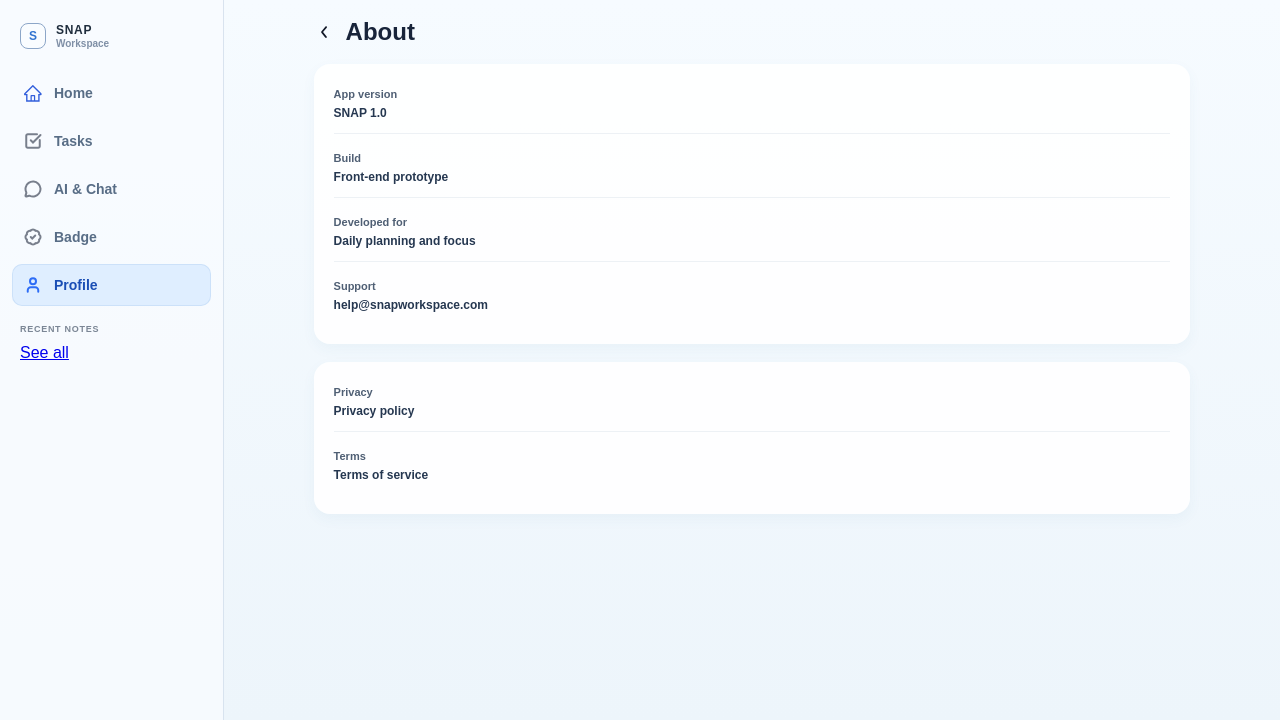
Repository: Lee-Productions-Inc/SNAP_productions
Page: pages/dashboard/profile/settings/about.html
These files come from the project's save history. The page is drawn as it stood at one moment and after the next save; the edit follows.
The browser window is 1280 px wide. The pictures show the whole page.

Above is the page before, as saved 2026-09-25 13:49:21.

### pages/dashboard/profile/settings/about.html
<!DOCTYPE html>
<html lang="en">
    <head>
        <meta charset="UTF-8">
        <meta name="viewport" content="width=device-width, initial-scale=1.0">
        <title>About | SNAP</title>
        <link rel="stylesheet" href="../../../../designs/dashboard.css">
        <link rel="stylesheet" href="../../../../designs/settings/about.css">
    </head>
    <body>
        <div class="dashboard-shell profile-page">
            <aside class="sidebar" aria-label="Main navigation">
                <a class="brand" href="../../dashboard.html" aria-label="SNAP home">
                    <span class="brand-mark">S</span>
                    <span>
                        <strong>SNAP</strong>
                        <small>Workspace</small>
                    </span>
                </a>
                <nav class="primary-nav">
                    <a class="nav-item" href="../../dashboard.html">
                        <img class="nav-icon" src="../../../../assets/main icons/Vector.svg" alt="">Home
                    </a>
                    <a class="nav-item" href="../../tasks.html">
                        <img class="nav-icon" src="../../../../assets/main icons/check-square.svg" alt="">Tasks
                    </a>
                    <a class="nav-item" href="../../ai and chat/ai_and_chat.html">
                        <img class="nav-icon" src="../../../../assets/main icons/message-circle.svg" alt="">AI &amp; Chat
                    </a>
                    <a class="nav-item" href="../../badges.html">
                        <img class="nav-icon" src="../../../../assets/main icons/badge-check.svg" alt="">Badge
                    </a>
                    <a class="nav-item active" href="../profile.html">
                        <img class="nav-icon-active" src="../../../../assets/main icons/user.svg" alt="">Profile
                    </a>
                </nav>
                <div class="recent-notes">
                    <div class="recent-heading">
                        <h2>Recent Notes</h2>
                        <a href="../../dashboard.html">See all</a>
                    </div>
                    <div class="empty-recent" aria-hidden="true"></div>
                </div>
            </aside>

            <main class="dashboard-main profile-main settings-main">
                <div class="settings-header">
                    <a class="back-link" href="../profile.html" aria-label="Back to profile">
                        <img class="back-icon" src="../../../../assets/eva_arrow-ios-back-outline.svg" alt="Back icon">
                    </a>
                    <h1>About</h1>
                </div>

                <section class="settings-panel" aria-label="About page panel">
                    <div class="settings-card info-card">
                        <div class="info-item">
                            <span class="field-label">App version</span>
                            <strong>SNAP 1.0</strong>
                        </div>
                        <div class="info-item">
                            <span class="field-label">Build</span>
                            <strong>Front-end prototype</strong>
                        </div>
                        <div class="info-item">
                            <span class="field-label">Developed for</span>
                            <strong>Daily planning and focus</strong>
                        </div>
                        <div class="info-item">
                            <span class="field-label">Support</span>
                            <a href="#">help@snapworkspace.com</a>
                        </div>
                    </div>

                    <div class="settings-card info-card compact-card">
                        <div class="info-item">
                            <span class="field-label">Privacy</span>
                            <a href="#">Privacy policy</a>
                        </div>
                        <div class="info-item">
                            <span class="field-label">Terms</span>
                            <a href="#">Terms of service</a>
                        </div>
                    </div>

                    <div
                </section>
            </main>
        </div>
    </body>
</html>

### designs/dashboard.css
:root {
    --shell-bg: #edf5fb;
    --sidebar-bg: rgba(249, 252, 255, 0.8);
    --sidebar-border: rgba(138, 167, 198, 0.28);
    --panel-bg: rgba(255, 255, 255, 0.45);
    --panel-border: rgba(143, 182, 219, 0.25);
    --active-bg: #dfeeff;
    --active-text: #1a4eb5;
    --muted: #75859b;
    --text: #1f2d3d;
    --sidebar-width: 224px;
    --appbar-height: 66px;
    --radius: 16px;
    --space-sm: 10px;
    --space-md: 16px;
    --space-lg: 20px;
    font-family: Arial, sans-serif;
    color: var(--text);
    background: var(--shell-bg);
}

* {
    box-sizing: border-box;
}

html, body {
    min-width: 320px;
    min-height: 100vh;
    margin: 0;
    background: var(--shell-bg);
    color: var(--text);
    font-family: Arial, sans-serif;
}

button,
a,
input {
    font: inherit;
}

button,
a {
    -webkit-tap-highlight-color: transparent;
}

img {
    display: block;
}

.dashboard-shell {
    display: flex;
    min-height: 100vh;
    background: linear-gradient(180deg, #f6fbff 0%, #edf5fb 100%);
}

.dashboard-content {
    display: flex;
    flex: 1 1 auto;
    width: 100%;
    min-height: 100vh;
}

.sidebar {
    position: sticky;
    top: 0;
    display: flex;
    flex: 0 0 var(--sidebar-width);
    flex-direction: column;
    height: 100vh;
    padding: 14px 12px 18px;
    border-right: 1px solid var(--sidebar-border);
    background: var(--sidebar-bg);
}

.brand {
    display: flex;
    align-items: center;
    gap: 10px;
    min-height: 36px;
    margin: 4px 8px 18px;
    color: var(--text);
    text-decoration: none;
}

.brand-mark {
    display: grid;
    width: 26px;
    height: 26px;
    place-items: center;
    border: 1px solid #8ca6c8;
    border-radius: 8px;
    background: rgba(255,255,255,0.24);
    color: #3173d0;
    font-size: 12px;
    font-weight: 800;
}

.brand strong,
.brand small {
    display: block;
}

.brand strong {
    font-size: 12px;
    font-weight: 800;
    letter-spacing: 0.06em;
    text-transform: uppercase;
}

.brand small {
    margin-top: 1px;
    color: #7f8fa6;
    font-size: 10px;
    font-weight: 600;
}

.primary-nav {
    display: grid;
    gap: 6px;
}

.nav-item {
    display: flex;
    align-items: center;
    gap: 12px;
    min-height: 42px;
    padding: 0 12px;
    border-radius: 10px;
    color: #586d86;
    font-size: 14px;
    font-weight: 700;
    text-decoration: none;
    transition: background 150ms ease, color 150ms ease, transform 150ms ease;
}

.nav-item:hover {
    color: var(--active-text);
    background: rgba(223, 238, 255, 0.75);
}

.nav-item.active {
    color: var(--active-text);
    background: var(--active-bg);
    box-shadow: inset 0 0 0 1px rgba(125, 171, 223, 0.2);
}

.nav-icon {
    width: 18px;
    height: 18px;
    flex: 0 0 18px;
    opacity: 0.9;
    object-fit: contain;
}

.nav-icon-active {
    filter: brightness(0) saturate(100%) invert(32%) sepia(82%) saturate(1459%) hue-rotate(205deg) brightness(97%) contrast(99%);
}

.recent-notes {
    margin-top: 18px;
    padding: 0 8px;
}

.recent-notes h2 {
    margin: 0 0 10px;
    color: #7b8695;
    font-size: 9px;
    font-weight: 800;
    letter-spacing: 0.08em;
    text-transform: uppercase;
}

.dashboard-main {
    flex: 1 1 auto;
    min-width: 0;
    padding: 10px 18px 32px;
}

.dashboard-header {
    position: sticky;
    top: 0;
    z-index: 20;
    display: flex;
    align-items: center;
    justify-content: space-between;
    gap: 14px;
    width: 100%;
    min-height: var(--appbar-height);
    margin: 0 0 18px;
    padding: 12px 18px;
    border: 1px solid var(--panel-border);
    border-radius: 18px;
    background: rgba(255, 255, 255, 0.42);
    backdrop-filter: blur(8px);
    box-shadow: inset 0 1px 0 rgba(255,255,255,0.6);
}

.search-box {
    display: flex;
    align-items: center;
    width: min(100%, 460px);
    min-height: 42px;
    padding: 0 14px;
    border: 1px solid #dfe7f0;
    border-radius: 17px;
    background: rgba(246, 250, 254, 0.9);
    color: #9aa7b6;
}

.search-box span {
    margin-right: 10px;
    color: #7b8aa0;
    font-size: 18px;
    line-height: 1;
}

.search-box input {
    width: 100%;
    min-height: 0;
    border: 0;
    outline: 0;
    background: transparent;
    color: var(--text);
    font-size: 14px;
}

.search-box input::placeholder {
    color: #97a5b7;
}

.header-actions {
    display: flex;
    align-items: center;
    gap: 10px;
    margin-left: auto;
}

.text-action {
    display: inline-flex;
    align-items: center;
    justify-content: center;
    gap: 8px;
    min-height: 34px;
    padding: 0 14px;
    border: 1px solid #dfe7f0;
    border-radius: 14px;
    background: rgba(255,255,255,0.26);
    color: #4d5d73;
    font-size: 13px;
    font-weight: 700;
    text-decoration: none;
}

.text-action:hover {
    color: var(--active-text);
}

.new-note {
    min-height: 38px;
    border: 0;
    border-radius: 12px;
    background: #17243a;
    color: #fff;
    box-shadow: 0 8px 18px rgba(23, 36, 58, 0.15);
}

.selected-action {
    background: #dfeeff;
    border-color: rgba(141, 170, 206, 0.42);
    color: #2e4d79;
}

.folder-action {
    background: rgba(255,255,255,0.7);
}

.text-action-icon {
    width: 14px;
    height: 14px;
    object-fit: contain;
}

.profile-placeholder {
    width: 30px;
    height: 30px;
    padding: 0;
    border: 2px solid rgba(255,255,255,0.9);
    border-radius: 50%;
    background: linear-gradient(145deg, #f6d5df 0%, #d0e7ff 100%);
    box-shadow: 0 4px 12px rgba(82, 112, 143, 0.18);
    cursor: pointer;
}

.status-grid {
    display: grid;
    grid-template-columns: repeat(3, minmax(0, 1fr));
    gap: 18px;
    margin-top: 12px;
}

.status-card {
    position: relative;
    display: block;
    min-height: 128px;
    padding: 18px 18px 16px 18px;
    border: 0;
    border-radius: 18px;
    box-shadow: 0 8px 18px rgba(72, 104, 138, 0.06);
}

.today-card {
    background: #a5d4fa;
}

.progress-card {
    background: #f5e8b8;
}

.completed-card {
    background: #bfefcf;
}

.status-icon {
    position: absolute;
    left: 18px;
    top: 18px;
    display: grid;
    width: 42px;
    height: 42px;
    place-items: center;
    border-radius: 11px;
    background: rgba(255,255,255,0.42);
    flex-shrink: 0;
}

.status-icon-image {
    width: 22px;
    height: 22px;
    object-fit: contain;
}

.today-icon {
    filter: brightness(0) saturate(100%) invert(36%) sepia(96%) saturate(1800%) hue-rotate(205deg) brightness(97%) contrast(97%);
}

.status-info {
    position: relative;
    display: flex;
    flex-direction: column;
    align-items: flex-start;
    justify-content: flex-start;
    min-width: 0;
    height: 100%;
    padding-left: 0;
    padding-top: 70px;
}

.status-label {
    position: absolute;
    top: 14px;
    right: 14px;
    color: #647183;
    font-size: 13px;
    font-weight: 700;
    letter-spacing: 0.01em;
}

.status-count {
    display: block;
    margin: 0;
    color: #1f2d3f;
    font-size: 30px;
    font-weight: 800;
    line-height: 1;
}

.status-info small {
    display: block;
    margin-top: 8px;
    color: #6e7f95;
    font-size: 13px;
    font-weight: 600;
}

.notes-section {
    margin-top: 24px;
}

.section-heading {
    display: flex;
    align-items: center;
    justify-content: space-between;
    gap: 12px;
    margin-top: 8px;
}

.section-heading h2 {
    margin: 0;
    color: #1e2a3a;
    font-size: 18px;
    font-weight: 800;
}

.edit-button {
    min-height: 34px;
    padding: 0 14px;
    border: 1px solid #dfe7f0;
    border-radius: 14px;
    background: rgba(255,255,255,0.3);
    color: #5d7089;
    font-size: 13px;
    font-weight: 700;
    cursor: pointer;
}

.notes-grid {
    display: grid;
    grid-template-columns: repeat(3, minmax(0, 1fr));
    gap: 18px;
    margin-top: 16px;
}

.note-placeholder {
    width: 100%;
    aspect-ratio: 1.90;
    min-height: 150px;
    border: 1px solid #e5ebf1;
    border-radius: 16px;
    background: rgba(255, 255, 255, 0.7);
    box-shadow: 0 8px 14px rgba(88, 118, 151, 0.06);
    cursor: pointer;
}

.note-placeholder:hover,
.note-placeholder:focus-visible {
    border-color: #73aeeb;
    background: #fff;
    outline: none;
}

@media (max-width: 900px) {
    .sidebar {
        flex-basis: 190px;
    }

    .nav-item {
        font-size: 13px;
    }

    .notes-grid {
        grid-template-columns: repeat(2, minmax(0, 1fr));
    }
}

@media (max-width: 680px) {
    .dashboard-shell {
        display: block;
    }

    .dashboard-content {
        display: block;
    }

    .sidebar {
        position: relative;
        z-index: 1;
        width: 100%;
        height: auto;
        min-height: auto;
        padding: 12px 10px 8px;
        border-right: none;
        border-bottom: 1px solid var(--sidebar-border);
    }

    .brand {
        margin: 0 4px 12px;
    }

    .primary-nav {
        display: flex;
        gap: 6px;
        overflow-x: auto;
        padding-bottom: 4px;
    }

    .nav-item {
        flex: 0 0 auto;
        gap: 8px;
        min-height: 34px;
        padding: 0 11px;
        font-size: 13px;
    }

    .nav-icon {
        width: 16px;
        height: 16px;
    }

    .recent-notes {
        display: none;
    }

    .dashboard-main {
        padding: 12px 12px 42px;
    }

    .dashboard-header {
        align-items: center;
        flex-wrap: wrap;
        min-height: auto;
        padding: 10px 12px;
    }

    .search-box {
        width: 100%;
        min-height: 38px;
    }

    .header-actions {
        width: 100%;
        justify-content: flex-start;
        flex-wrap: wrap;
        gap: 8px;
    }

    .status-grid {
        grid-template-columns: 1fr;
        gap: 10px;
    }

    .status-card {
        min-height: 92px;
    }

    .notes-grid {
        gap: 10px;
    }

    .note-placeholder {
        min-height: 130px;
    }
}

### designs/settings/about.css
.settings-main {
    padding: 18px clamp(28px, 7vw, 90px) 32px;
}

.settings-header {
    display: flex;
    flex-wrap: wrap;
    align-items: center;
    gap: 12px;
    margin-bottom: 18px;
}

.back-link {
    color: #2d4564;
    font-size: 13px;
    font-weight: 700;
    text-decoration: none;
}

.back-link:hover,
.back-link:focus-visible {
    color: #1d4fc1;
}

.settings-header h1 {
    margin: 0;
    color: #18243a;
    font-size: clamp(24px, 1.8vw, 32px);
}

.settings-panel {
    display: grid;
    gap: 18px;
}

.settings-card {
    display: grid;
    gap: 12px;
    padding: 18px 20px;
    border-radius: 16px;
    background: rgba(255, 255, 255, 0.92);
    box-shadow: 0 5px 14px rgba(67, 119, 158, 0.05);
}

.info-item {
    display: flex;
    flex-direction: column;
    gap: 6px;
    min-height: 52px;
    padding: 6px 0;
    border-bottom: 1px solid #edf1f5;
}

.info-item:last-child {
    border-bottom: 0;
}

.info-item .field-label {
    color: #4f5f74;
    font-size: 11px;
    font-weight: 700;
}

.info-item strong,
.info-item a {
    color: #253750;
    font-size: 12px;
    font-weight: 700;
    text-decoration: none;
}

.info-item a:hover,
.info-item a:focus-visible {
    color: #1d4fc1;
}

@media (max-width: 900px) {
    .settings-main {
        padding: 20px 18px 32px;
    }
}

After the next save:
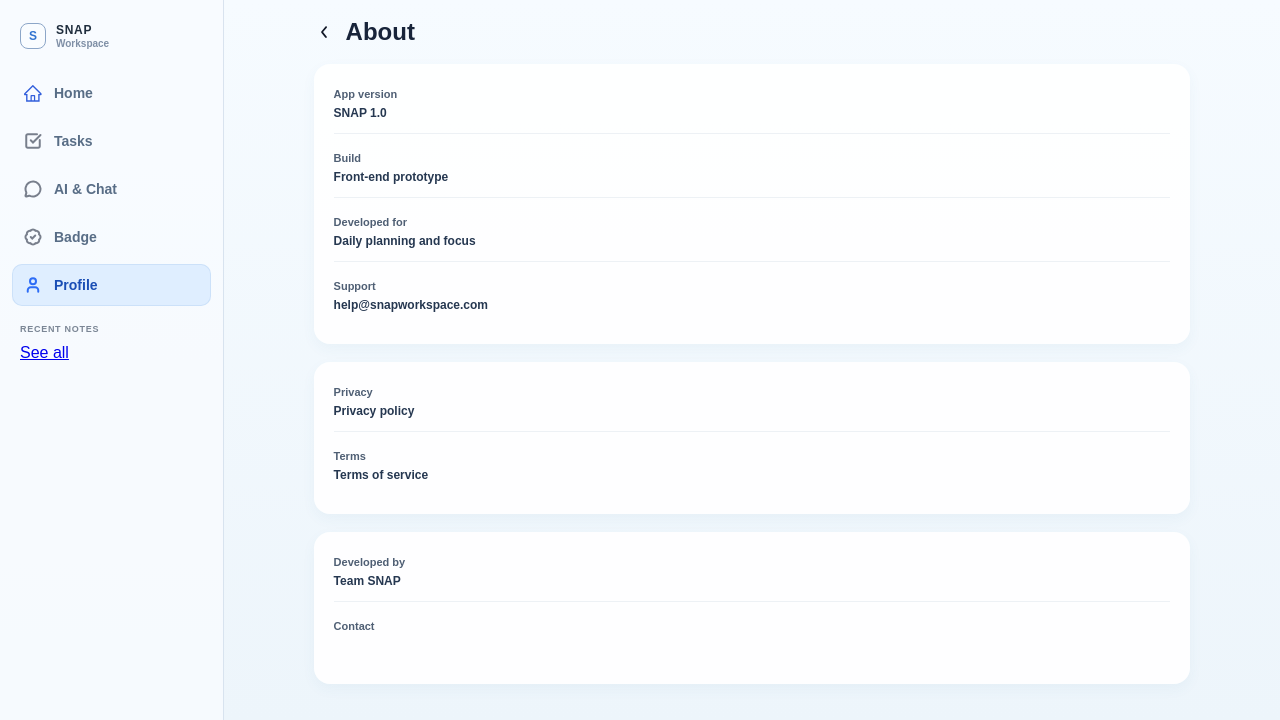
Saved 5 s later.
--- a/pages/dashboard/profile/settings/about.html
+++ b/pages/dashboard/profile/settings/about.html
@@ -82,7 +82,14 @@
                         </div>
                     </div>
 
-                    <div
+                    <div class="settings-card info-card compact-card">
+                        <div class="info-item">
+                            <span class="field-label">Developed by</span>
+                            <strong>Team SNAP</strong>
+                        </div>
+                        <div class="info-item">
+                            <span class="field-label">Contact</span>
+                            <a href="#">
                 </section>
             </main>
         </div>
